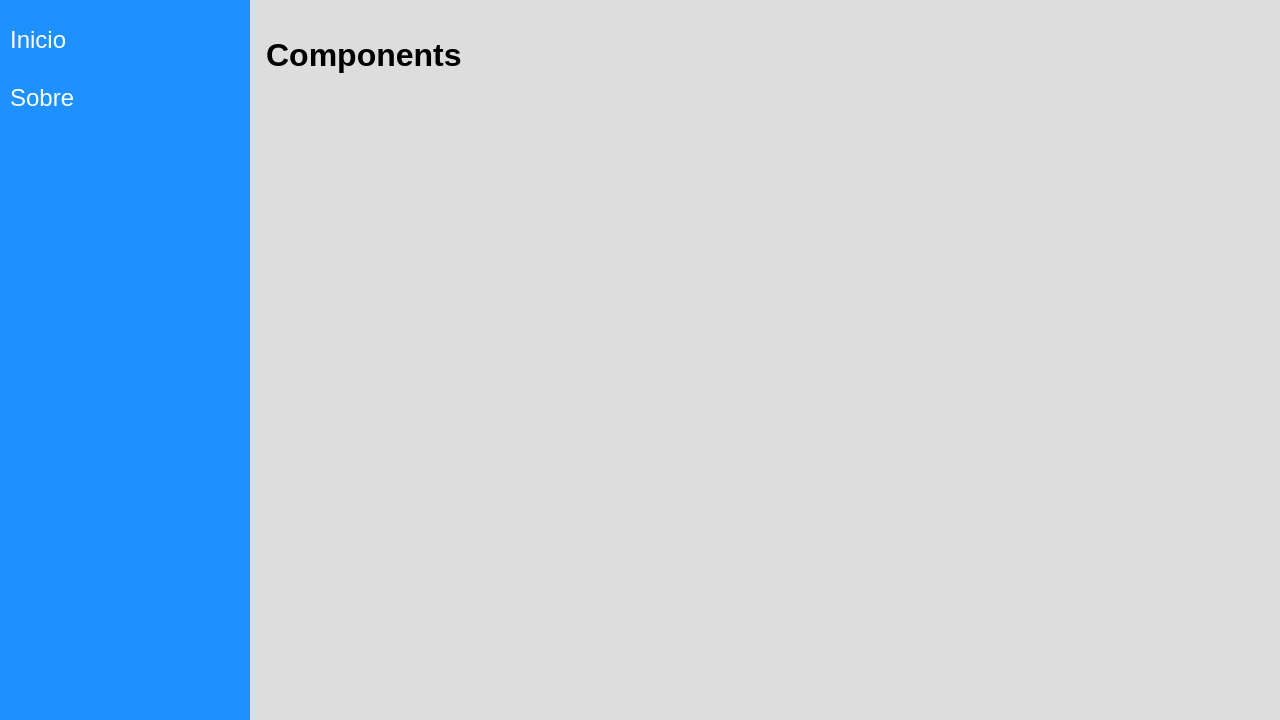
Repository: mateus-henrique-silva/estudos-react
Page: /
An editor plug-in stored every save of this project. The page is shown before and after the next save, followed by the edit.
The browser window is 1280 px wide. The pictures show the whole page.
The project was rebuilt for these pictures with package versions that can differ from the ones it lists, and the page was loaded fresh each time.

Above is the page before, as saved 2022-07-11 12:16:04.

After the next save:
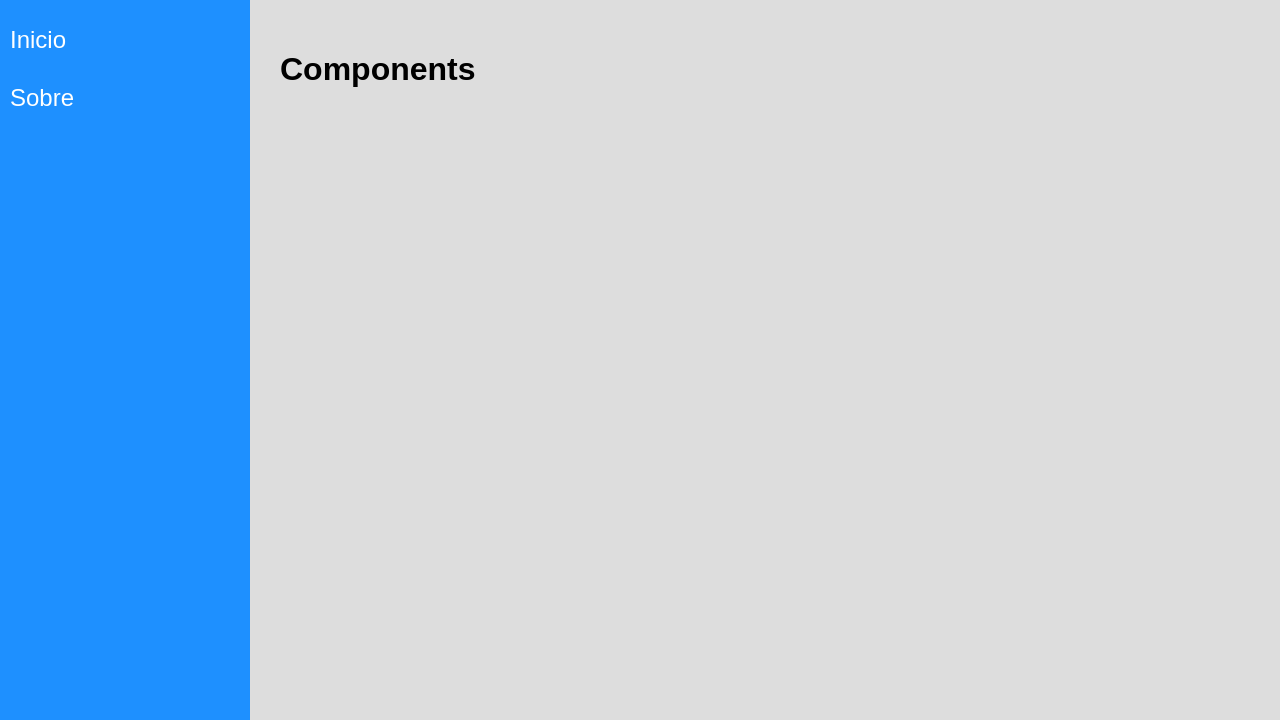
Saved 8 s later.
--- a/src/Components/Content/Content.css
+++ b/src/Components/Content/Content.css
@@ -3,5 +3,5 @@
     flex-grow: 1;
 
     background-color: #ddd;
-    padding:1rem;
+    padding:30px;
 }
